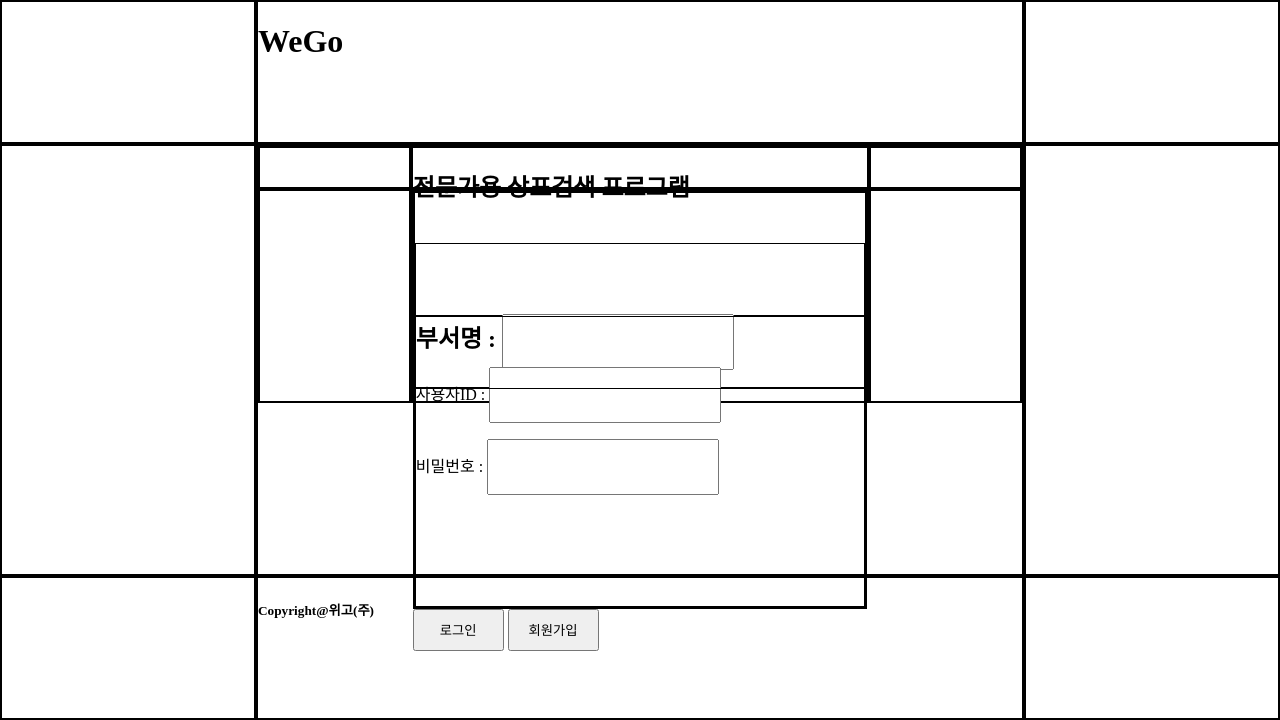
Repository: hamuse/wego1
Page: http://localhost/teamW1/facade.do
An editor plug-in stored every save of this project. The page is shown before and after the next save, followed by the edit.
The browser window is 1280 px wide. The pictures show the whole page.
Some web libraries are served in a nearby version. The page is served by Tomcat 9.

Above is the page before, as saved 2019-10-07 10:57:41.

After the next save:
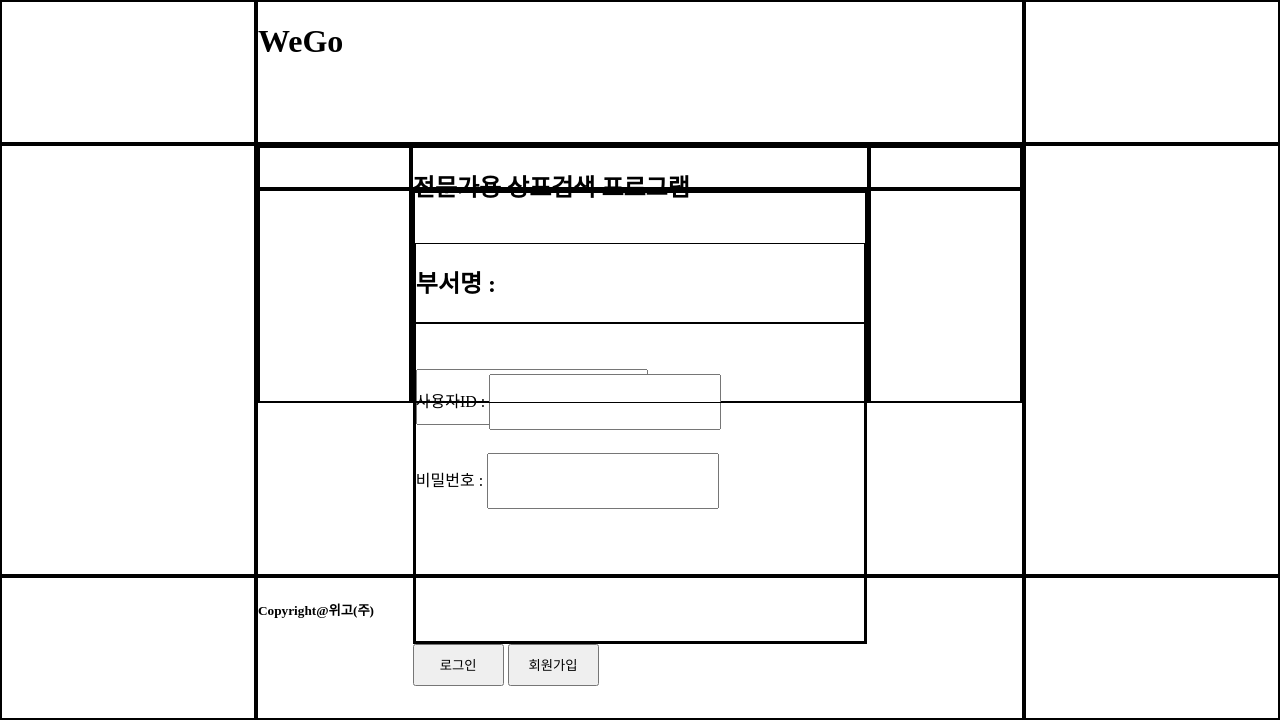
Saved 31 s later.
--- a/teamW1/WebContent/WEB-INF/views/facade/login.jsp
+++ b/teamW1/WebContent/WEB-INF/views/facade/login.jsp
@@ -3,7 +3,7 @@
 <form id="login_form">
 <div id="login_tab">
     <div id="login_tab_item_1">
-   <h2> 부서명 : <input id="d_Name" class="input_text" type="text" name="dName"/></h2>
+   <h2> 부서명 :</h2> <input id="d_Name" class="input_text" type="text" name="dName"/>
     </div>
     <div id="login_tab_item_2">
     사용자ID : <input id="userName" class="input_text" type="text" name="empNo"/>
